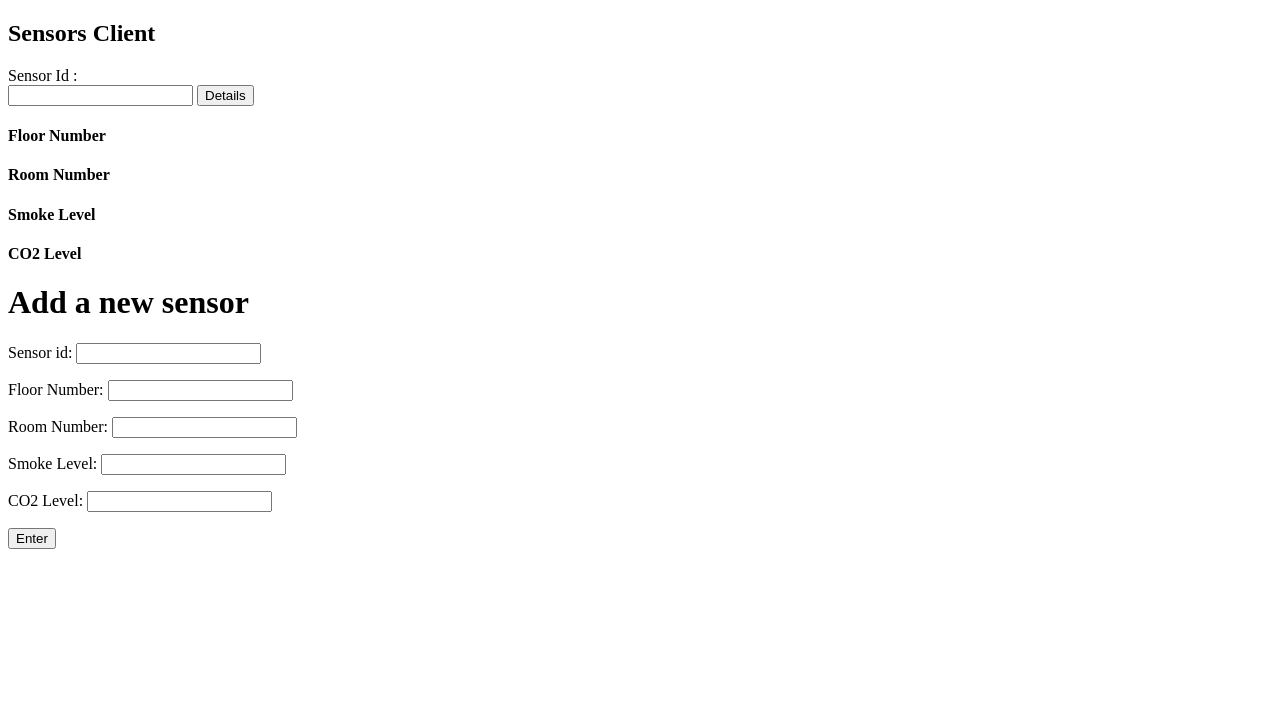
Repository: code-eshan/clientDSSensor
Page: sensor_service/WebContent/index.html
The author's editor kept a copy of each file at every save. The page is drawn from the files as they stood at one save, then again after the next save.
The browser window is 1280 px wide. The pictures show the whole page.
Some web libraries are served in a nearby version.

Above is the page before, as saved 2020-04-15 14:40:46.

### sensor_service/WebContent/index.html
<!DOCTYPE html>
<html>
    <head>
        <title>Sensor Client</title>
        <script src="https://ajax.googleapis.com/ajax/libs/jquery/1.10.2/jquery.min.js"></script>
        <script src="sensor.js"></script>
    </head>

    <h2>Sensors Client</h2>
 	Sensor Id : <br/>
	<input type="text" id="id" />
	<button onclick="getDetails()">Details </button>
	<div>
	</div>
    <p />
        <h4>Floor Number</h4><div id="floorNum"></div>
	<p />
        <h4>Room Number</h4><div id="roomNum"></div>
    <p />
        <h4>Smoke Level</h4><div id="smokeLevel"></div>
	<p />
        <h4>CO2 Level</h4><div id="cLevel"></div>


     <!--ADD A SENSOR -->
    <div id="addSensor">
    	<h1>Add a new sensor</h1>
    	<p>Sensor id: <input type="text" id="getId"></p>
        <p>Floor Number: <input type="text" id="getFloorNum"></p>
        <p>Room Number: <input type="text" id="getRoomNum"></p>
        <p>Smoke Level: <input type="text" id="getSmokeLevel"></p>
        <p>CO2 Level: <input type="text" id="getCLevel"></p>
        <button onclick="postDetails()">Enter </button>

        <div id="response"></div>
    </div>

</html>

### sensor_service/WebContent/sensor.js
/**
 *
 *//**
 *
 */

function getDetails(){
	jQuery.ajax({
        url: "http://localhost:8080/sensor_service/rest/sensors/" + $("#id").val(),
        type: "GET",
        contentType: "application/json",
        dataType:'json',
        success: function(data, textStatus, errorThrown) {
            //here is your json.
              // process it
        	  $("#floorNum").text(data.floorNum);
        	  $("#roomNum").text(data.roomNum);
        	  $("#smokeLevel").text(data.smokeLevel);
        	  $("#cLevel").text(data.cLevel);

        },
        error : function(jqXHR, textStatus, errorThrown) {
        		$("#floorNum").text("");
        		$("#roomNum").text("");
        		$("#smokeLevel").text("");
        		$("#cLevel").text("");
        },
        timeout: 120000,
    });
};

////POSTDETAILS USING AJAX
//function postDetails() {
//
//	//Getting the sensorDetails
//	const sensorData = {
//			"sensorId": $("#getId").val(),
//			"floorNum": $("#getFloorNum").val(),
//			"roomNum": $("#getRoomNum").val(),
//			"smokeLevel" : $("#getSmokeLevel").val(),
//			"cLevel" : $("#getCLevel").val()
//		};
//
//
//	$.ajax({
//		url: "http://localhost:8080/sensor_service/rest/sensors/sensor",
//		type: "POST",
//		data: JSON.stringify(sensorData),
//		contentType: "application/json",
//		dataType: "json",
//        success: function(data, textStatus, errorThrown) {
//        	  $("#response").text("Sensor Added Successfully");
//
//        },
//        error : function(jqXHR, textStatus, errorThrown) {
//        		alert(errorThrown).text("Error");
//        },
//        timeout: 120000,
//
//	});
//};

//
////Delete a particular book
//function deleteBook() {
//
//	$.ajax({
//		url: "http://localhost:8080/book_service/rest/books/" + $("#deleteId").val(),
//		type: "DELETE",
//		contentType: "application/json",
//		dataType: "json",
//		success: function(data, textStatus, errorThrown) {
//			$("#deleteResponse").text("Book Deleted Successfully");
//		},
//
//		error: function(jqXHR, textStatus, errorThrown) {
//			alert("The particular book id not found");
//		}
//	});
//}

After the next save:
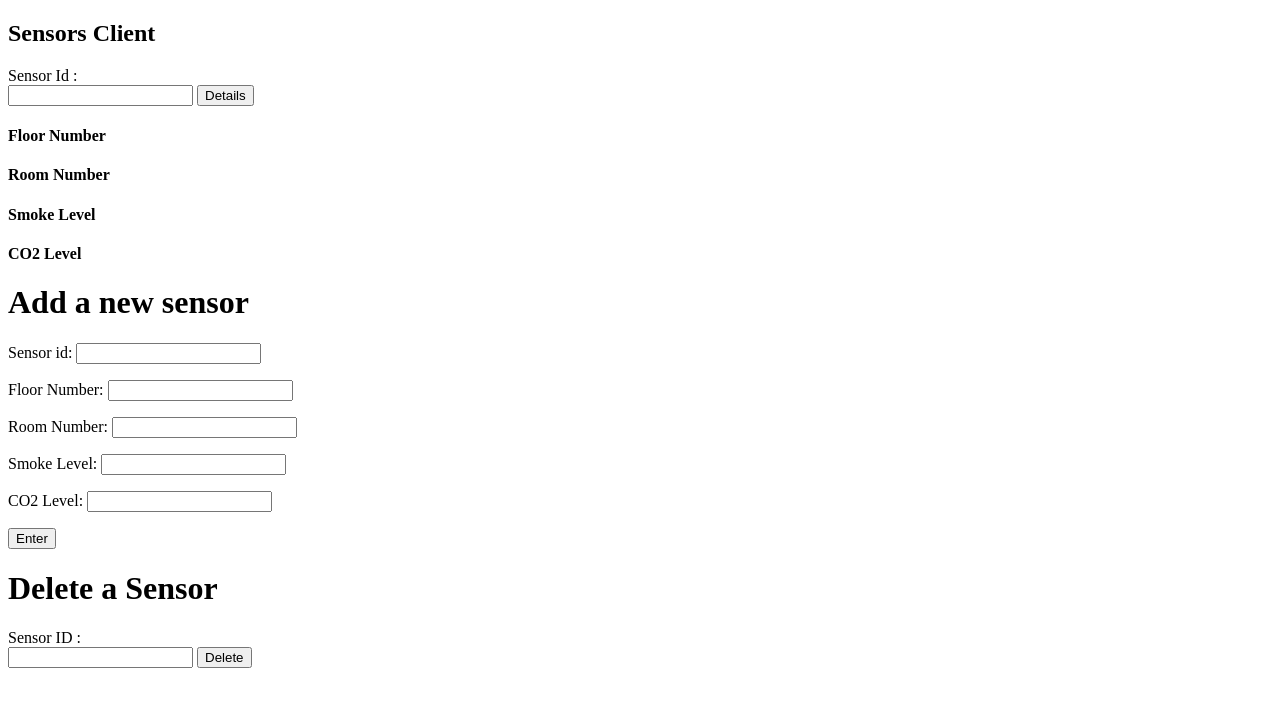
Saved 91 s later.
--- a/sensor_service/WebContent/index.html
+++ b/sensor_service/WebContent/index.html
@@ -35,4 +35,17 @@
         <div id="response"></div>
     </div>
 
+        <!--Delete -->
+
+
+    <div id="deleteSensor">
+    	<h1>Delete a Sensor</h1>
+    	Sensor ID : <br />
+    	<input type="text" id="senId" />
+    	<button onclick="deleteBook()">Delete</button>
+
+    	<p />
+    		<div id="deleteResponse"></div>
+    </div>
+
 </html>
